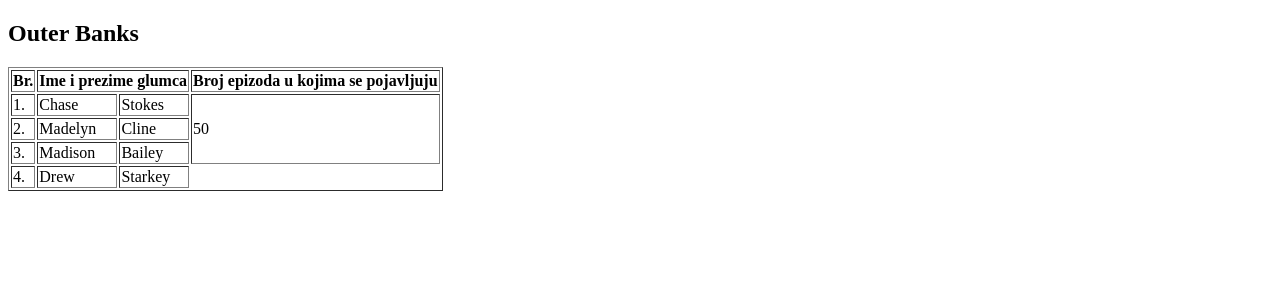
Repository: larabiondic/wp_biondic_lara
Page: Domace zadace/Zadaća.2.html
The author's editor kept a copy of each file at every save. The page is drawn from the files as they stood at one save, then again after the next save.
The browser window is 1280 px wide. The pictures show the whole page.

Above is the page before, as saved 2025-11-03 20:11:24.

After the next save:
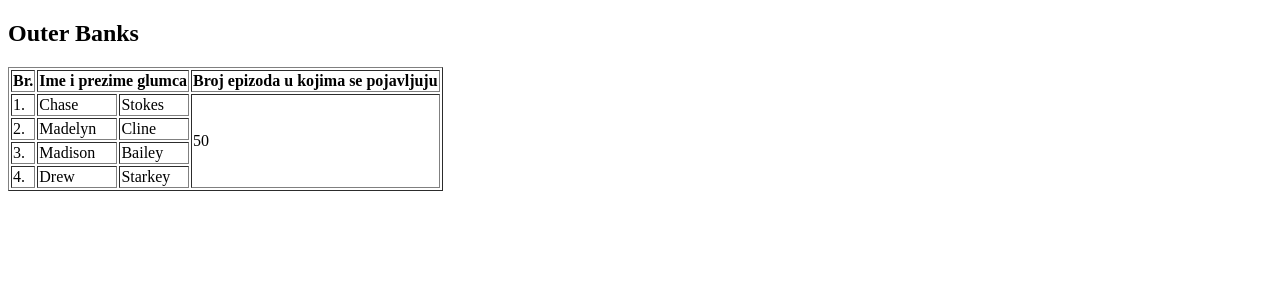
Saved 10 s later.
--- a/Domace zadace/Zadaća.2.html
+++ b/Domace zadace/Zadaća.2.html
@@ -19,7 +19,7 @@
             <td>1.</td>
             <td>Chase</td>
             <td>Stokes</td>
-            <td rowspan="3">50</td>
+            <td rowspan="4">50</td>
         </tr>
         <tr>
             <td>2.</td>
